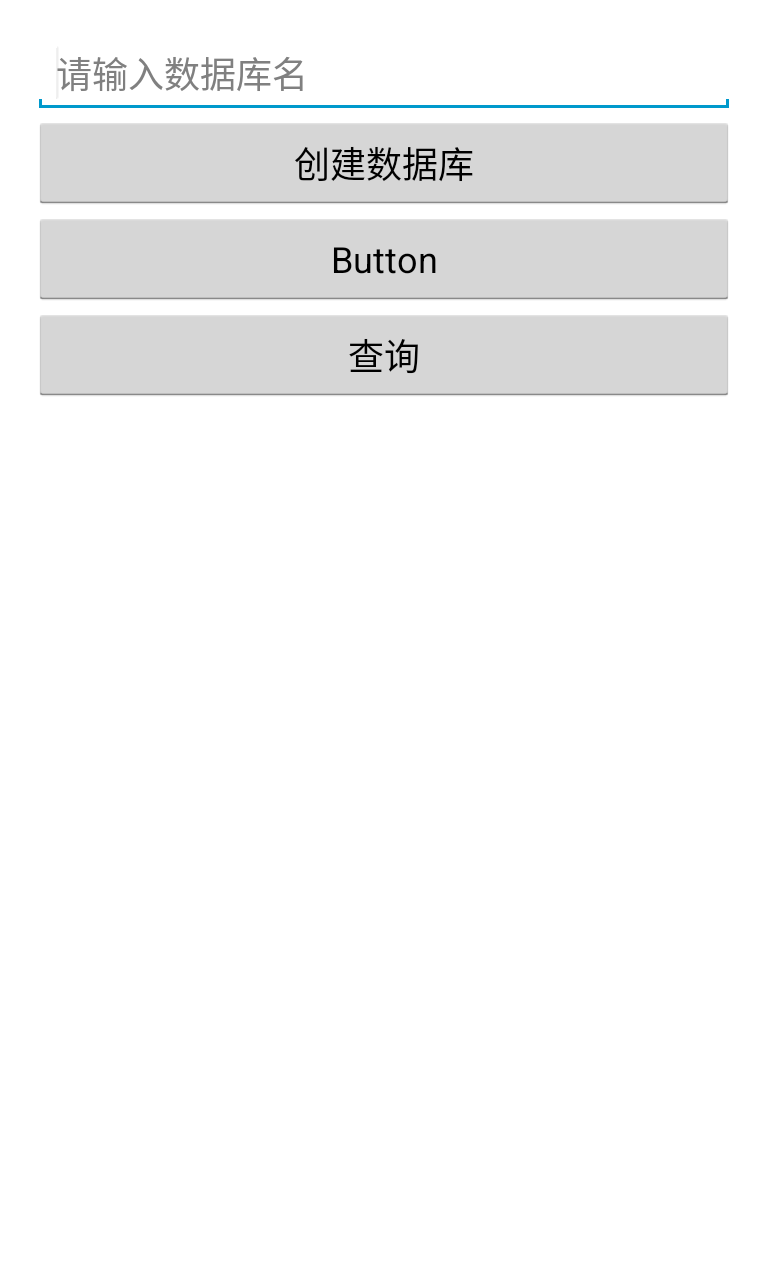
Repository: moetmd/learning-Android
Layout: SQLite/res/layout/activity_main.xml
The author's editor kept a copy of each file at every save. The layout is drawn from the files as they stood at one save, then again after the next save.
It is drawn on a 768 x 1280 px phone screen (xhdpi) without system bars, with theme AppTheme; the app's code is not run.

Above is the layout before, as saved 2014-11-18 08:57:51.

### SQLite/res/layout/activity_main.xml
<RelativeLayout xmlns:android="http://schemas.android.com/apk/res/android"
    xmlns:tools="http://schemas.android.com/tools"
    android:layout_width="match_parent"
    android:layout_height="match_parent"
    android:paddingBottom="@dimen/activity_vertical_margin"
    android:paddingLeft="@dimen/activity_horizontal_margin"
    android:paddingRight="@dimen/activity_horizontal_margin"
    android:paddingTop="@dimen/activity_vertical_margin"
    tools:context="com.niit.sqlite.MainActivity$PlaceholderFragment" >

    <LinearLayout
        android:layout_width="fill_parent"
        android:layout_height="fill_parent"
        android:layout_alignParentLeft="true"
        android:layout_alignParentTop="true"
        android:orientation="vertical" >

        <EditText
            android:id="@+id/et_dbname"
            android:layout_width="match_parent"
            android:layout_height="wrap_content"
            android:ems="10"
            android:hint="请输入数据库名" >

            <requestFocus />
        </EditText>

        <Button
            android:id="@+id/bt_createdb"
            android:layout_width="match_parent"
            android:layout_height="wrap_content"
            android:text="创建数据库" />

        <Button
            android:id="@+id/bt_createtable"
            android:layout_width="match_parent"
            android:layout_height="wrap_content"
            android:text="Button" />

        <Button
            android:id="@+id/bt_search"
            android:layout_width="match_parent"
            android:layout_height="wrap_content"
            android:text="查询" />

    </LinearLayout>

</RelativeLayout>

Loaded but not shown: SQLite/res/values/styles.xml (common file); SQLite/res/values-v11/styles.xml (common file); SQLite/res/values-v14/styles.xml (common file); SQLite/res/values/dimens.xml (common file); SQLite/res/values-w820dp/dimens.xml (common file)

After the next save:
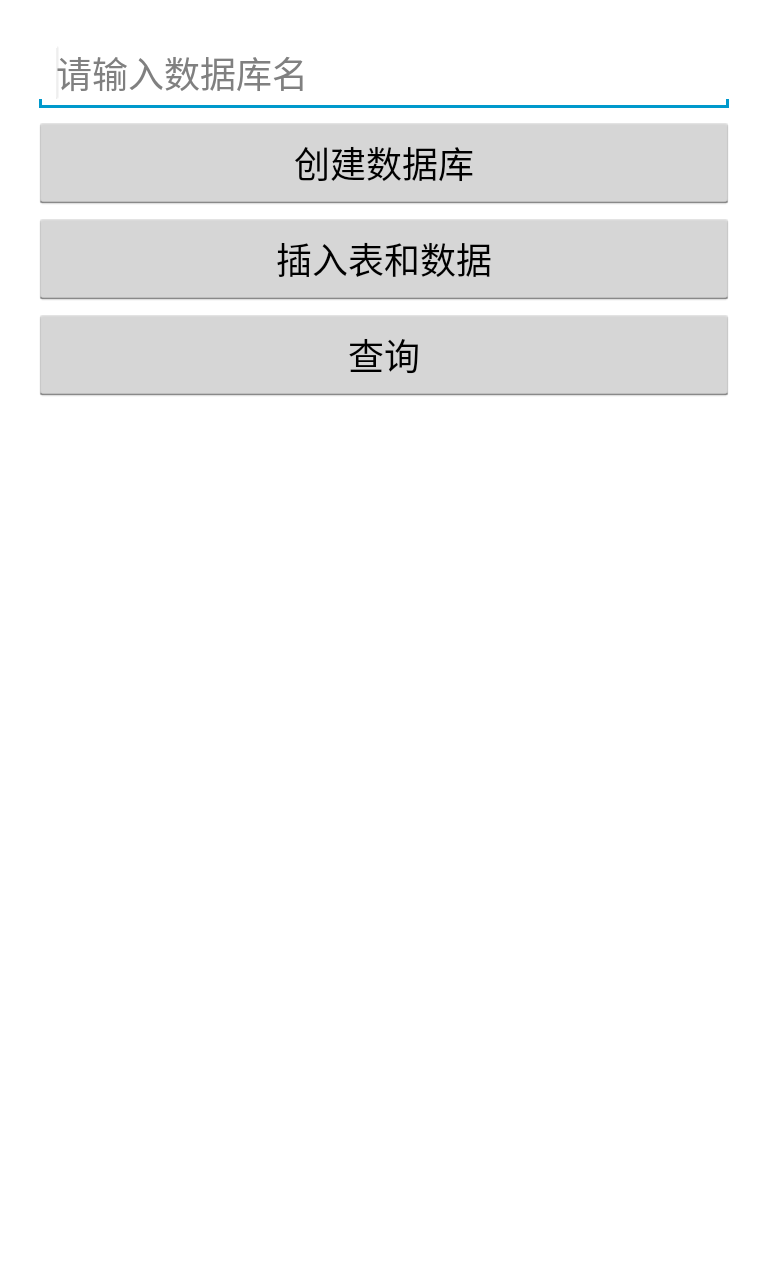
Saved 10 s later.
--- a/SQLite/res/layout/activity_main.xml
+++ b/SQLite/res/layout/activity_main.xml
@@ -35,7 +35,7 @@
             android:id="@+id/bt_createtable"
             android:layout_width="match_parent"
             android:layout_height="wrap_content"
-            android:text="Button" />
+            android:text="插入表和数据" />
 
         <Button
             android:id="@+id/bt_search"
